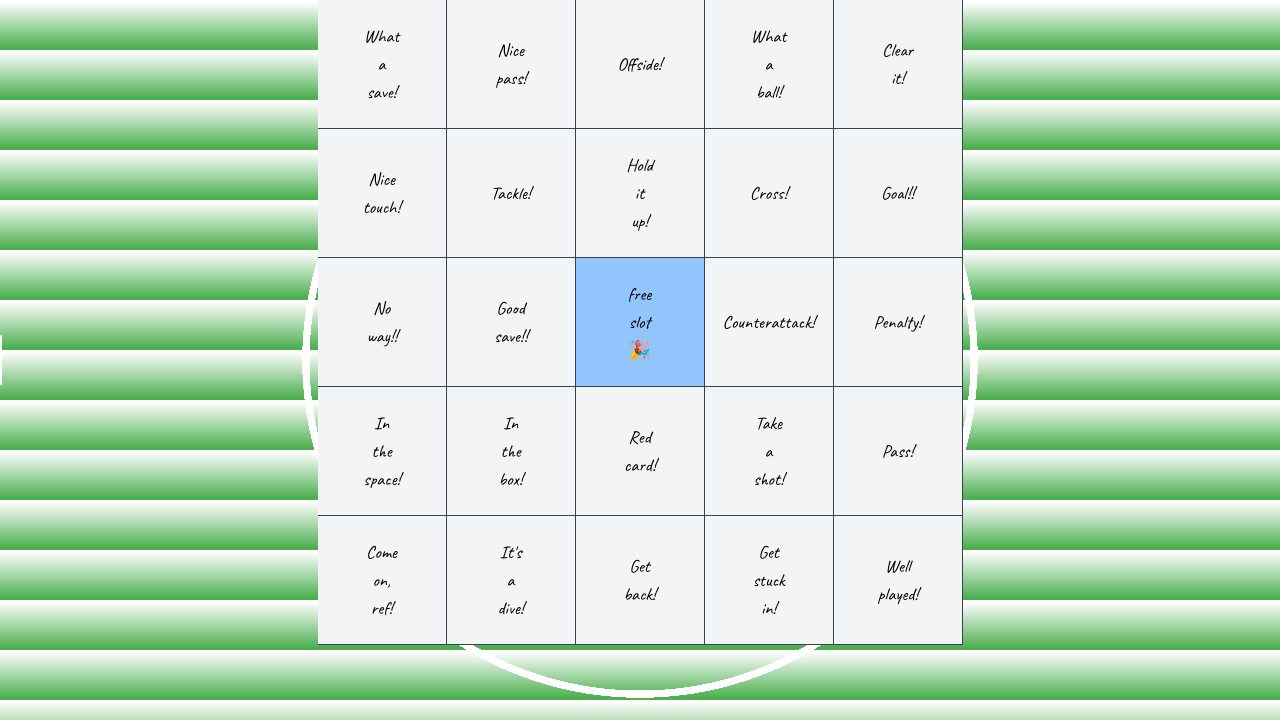
Repository: yassirbn/football-bingo
Page: /
An editor plug-in stored every save of this project. The page is shown before and after the next save, followed by the edit.
The browser window is 1280 px wide. The pictures show the whole page.
The project was rebuilt for these pictures with package versions that can differ from the ones it lists, and the page was loaded fresh each time.

Above is the page before, as saved 2024-11-27 13:31:21.

### src/index.css

@import url('https://fonts.googleapis.com/css2?family=Caveat:wght@400;700&display=swap');

@tailwind base;
@tailwind components;
@tailwind utilities;


body {
  margin: 0;
  padding: 0;
  height: 100vh;
  background: #4CAF50; /* Grass green base */
  background-image:
    /* Center line */
    linear-gradient(90deg, white 2px, transparent 2px),
    /* Horizontal lines */
    linear-gradient(to bottom, white 2px, transparent 48px),

    /* Center circle */
    radial-gradient(circle, transparent 45%, white 45%, white 46%, transparent 46%);
  background-size: 100% 50px, 100% 50px, 100% 100%, 100% 100%;
  background-repeat: no-repeat, repeat-y, no-repeat, no-repeat;
  background-position: center center, 0 0, 0 0, center center;
}

### src/App.js
import React from "react";
import BingoGrid from "./component/BingoGrid/BingoGrid";


const App = () => {
  const words  = [
    "What a save!",
    "Offside!",
    "Penalty!",
    "Pass!",
    "It's a dive!",
    "Red card!",
    "Goal!!",
    "Foul!",
    "Clear it!",
    "Nice touch!",
    "Tackle!",
    "Cross!",
    "Counterattack!",
    "Come on, ref!",
    "In the box!",
    "No way!!",
    "Good save!!",
    "What a ball!",
    "Hold it up!",
    "Get stuck in!",
    "Get back!",
    "Nice pass!",
    "In the space!",
    "Well played!",
    "Take a shot!",
  ];


  return (
    <div className="min-h-screen flex items-center justify-center">
      <BingoGrid words={words} />
    </div>
  );
};

export default App;

### src/component/BingoGrid/BingoGrid.js
import React, { useState } from "react";

const BingoGrid = ({ words }) => {
  const gridSize = 5; // 5x5 grid
  const totalCells = gridSize * gridSize;

  // Shuffle words only once and store in state
  const initializeGrid = () => {
    const shuffledWords = [...words].sort(() => 0.5 - Math.random()).slice(0, totalCells);

    // Fill with placeholders if not enough words
    while (shuffledWords.length < totalCells) {
      shuffledWords.push("placeholder");
    }

    // Replace the center cell with "FREE SPACE"
    const centerIndex = Math.floor(totalCells / 2);
    shuffledWords[centerIndex] = "free slot 🎉";

    return shuffledWords;
  };

  const [gridWords] = useState(initializeGrid);
  const [selectedCells, setSelectedCells] = useState(
    Array(totalCells).fill(false).map((_, i) => i === Math.floor(totalCells / 2)) // Center (FREE SPACE) is pre-selected
  );
  const [bingo, setBingo] = useState(false);

  // Handle cell click
  const handleCellClick = (index) => {
    if (gridWords[index] === "free slot 🎉" || selectedCells[index]) return; // Ignore clicks on FREE SPACE or already selected cells

    const updatedSelection = [...selectedCells];
    updatedSelection[index] = true;
    setSelectedCells(updatedSelection);

    // Check for Bingo
    checkForBingo(updatedSelection);
  };

  // Check for Bingo
  const checkForBingo = (selected) => {
    const checkLine = (line) => line.every((index) => selected[index]);

    // Generate all rows, columns, and diagonals
    const rows = Array.from({ length: gridSize }, (_, i) =>
      Array.from({ length: gridSize }, (_, j) => i * gridSize + j)
    );
    const cols = Array.from({ length: gridSize }, (_, i) =>
      Array.from({ length: gridSize }, (_, j) => j * gridSize + i)
    );
    const diagonal1 = Array.from({ length: gridSize }, (_, i) => i * gridSize + i);
    const diagonal2 = Array.from({ length: gridSize }, (_, i) => (i + 1) * gridSize - (i + 1));

    const lines = [...rows, ...cols, diagonal1, diagonal2];

    if (lines.some(checkLine)) {
      setBingo(true); // Set Bingo to true to trigger animations
    }
  };

  return (
    <div className="relative h-screen overflow-hidden">
      {/* Fireworks Animation */}
      {bingo && (
        <div className="absolute inset-0 z-20 flex justify-center items-center pointer-events-none">
          {/* Firework Particles */}
          {Array.from({ length: 300 }).map((_, idx) => (
            <div
              key={idx}
              className="fireworks-particle w-4 h-4 rounded-full absolute animate-fireworks"
              style={{
                "--x": `${Math.random() * 120 - 60}vw`, // Expanded X direction
                "--y": `${Math.random() * 120 - 60}vh`, // Expanded Y direction
                "--size": `${Math.random() * 10 + 5}px`, // Random size (larger particles)
                "--duration": `${Math.random() * 2 + 1.5}s`, // Increased duration for longer explosion
                "--delay": `${Math.random() * 0.5}s`, // Random delay
                backgroundColor: `hsl(${Math.random() * 360}, 100%, 50%)`, // Random color (HSL)
                transform: `rotate(${Math.random() * 360}deg)` // Random rotation for more chaos
              }}
            ></div>
          ))}
        </div>
      )}

      {/* Bingo Text Animation */}
      {bingo && (
        <div className="absolute inset-0 flex items-center justify-center z-10 animate-bingo-fade">
          <h2 className="text-7xl sm:text-8xl md:text-9xl lg:text-10xl font-extrabold text-red-600 animate-bingo-shake">
            BINGO!
          </h2>
        </div>
      )}

      {/* Bingo Grid */}
      <div
        className="grid"
        style={{
          gridTemplateColumns: `repeat(${gridSize}, 1fr)`,
        }}
      >
        {gridWords.map((word, index) => (
          <div
            key={index}
            className={`flex items-center justify-center border-b .border-l .border-t border-r border-gray-700 text-center font-medium aspect-square
              ${selectedCells[index] ? "bg-blue-300 text-white" : "bg-gray-100 hover:bg-blue-200 cursor-pointer"}
              ${word === "FREE SPACE" ? "cursor-default" : ""}`}
            onClick={() => handleCellClick(index)}
          >
            <div
              className={`${
                selectedCells[index] ? "bg-blue-300 text-white" : "bg-transparent"
              } flex items-center justify-center py-3 px-6 sm:py-4 sm:px-8 md:py-6 md:px-12 lg:py-8 lg:px-16`}
              style={{
                width: "50px", // Adjusted for mobile/tablet responsiveness
                height: "50px", // Adjusted for mobile/tablet responsiveness
                minWidth: "50px", // Ensures the circle doesn't shrink smaller than this
              }}
            >
              <span
                className="text-xs sm:text-sm md:text-base lg:text-lg font-medium text-black font-handwritten"
              >
                {word}
              </span>
            </div>
          </div>
        ))}
      </div>
    </div>
  );
};

export default BingoGrid;

### tailwind.config.js
/** @type {import('tailwindcss').Config} */
module.exports = {
  content: ['./src/**/*.{js,jsx,ts,tsx}'],
  theme: {
    extend: {
      fontFamily: {
        handwritten: ["'Caveat'", "cursive"],
      },
      animation: {
        fireworks: "fireworks 1.5s ease-out forwards",
        "bingo-fade": "bingo-fade 2s ease-out forwards",
        "bingo-shake": "bingo-shake 0.5s ease-in-out infinite",
      },
      keyframes: {
        fireworks: {
          "0%": {
            transform: "scale(0) translate(0, 0)",
            opacity: 1,
          },
          "50%": {
            transform: "scale(1) translate(var(--x), var(--y))",
            opacity: 1,
          },
          "100%": {
            transform: "scale(2) translate(var(--x), var(--y))",
            opacity: 0,
          },
        },
        "bingo-fade": {
          "0%": { opacity: 0 },
          "100%": { opacity: 1 },
        },
        "bingo-shake": {
          "0%": { transform: "rotate(0)" },
          "25%": { transform: "rotate(5deg)" },
          "50%": { transform: "rotate(0)" },
          "75%": { transform: "rotate(-5deg)" },
          "100%": { transform: "rotate(0)" },
        },
      },
    },
  },
  plugins: [],
}

Loaded but not shown: public/index.html (common file); src/index.js (common file); src/reportWebVitals.js (common file)

After the next save:
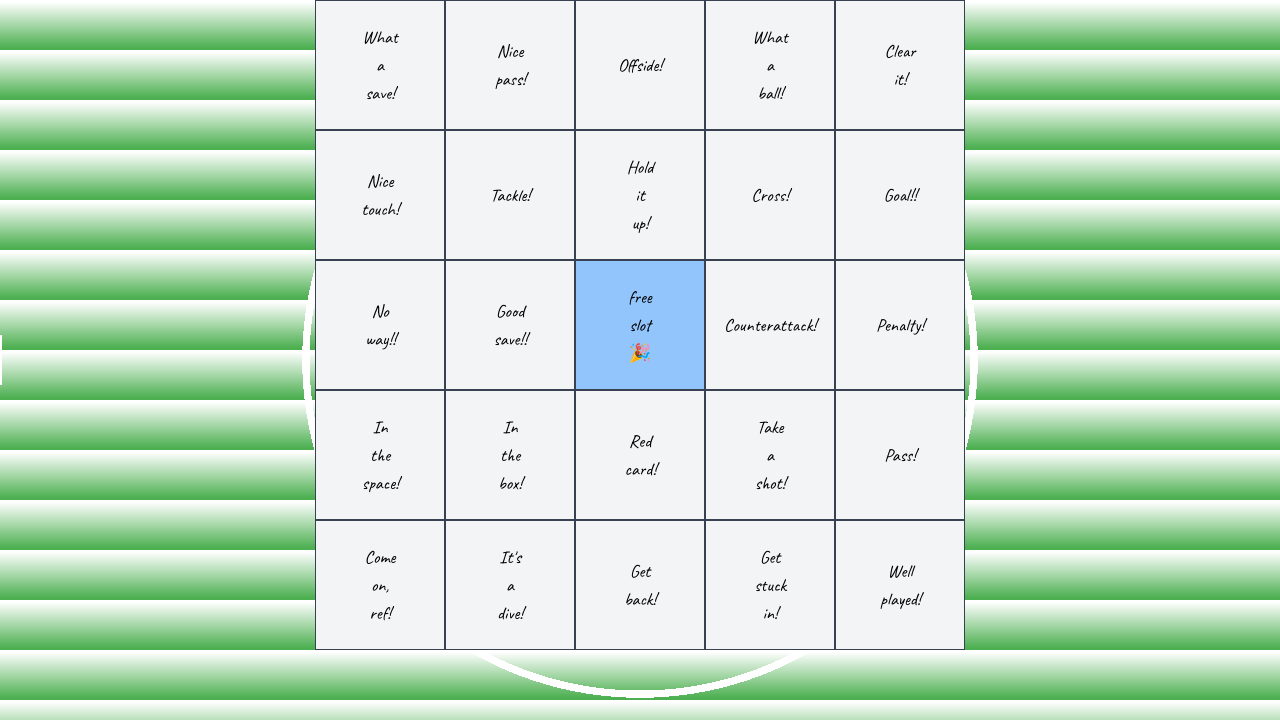
Saved 2 min 12 s later.
--- a/src/component/BingoGrid/BingoGrid.js
+++ b/src/component/BingoGrid/BingoGrid.js
@@ -102,7 +102,7 @@ const BingoGrid = ({ words }) => {
         {gridWords.map((word, index) => (
           <div
             key={index}
-            className={`flex items-center justify-center border-b .border-l .border-t border-r border-gray-700 text-center font-medium aspect-square
+            className={`flex items-center justify-center border-b border-l border-t border-r border-gray-700 text-center font-medium aspect-square
               ${selectedCells[index] ? "bg-blue-300 text-white" : "bg-gray-100 hover:bg-blue-200 cursor-pointer"}
               ${word === "FREE SPACE" ? "cursor-default" : ""}`}
             onClick={() => handleCellClick(index)}
